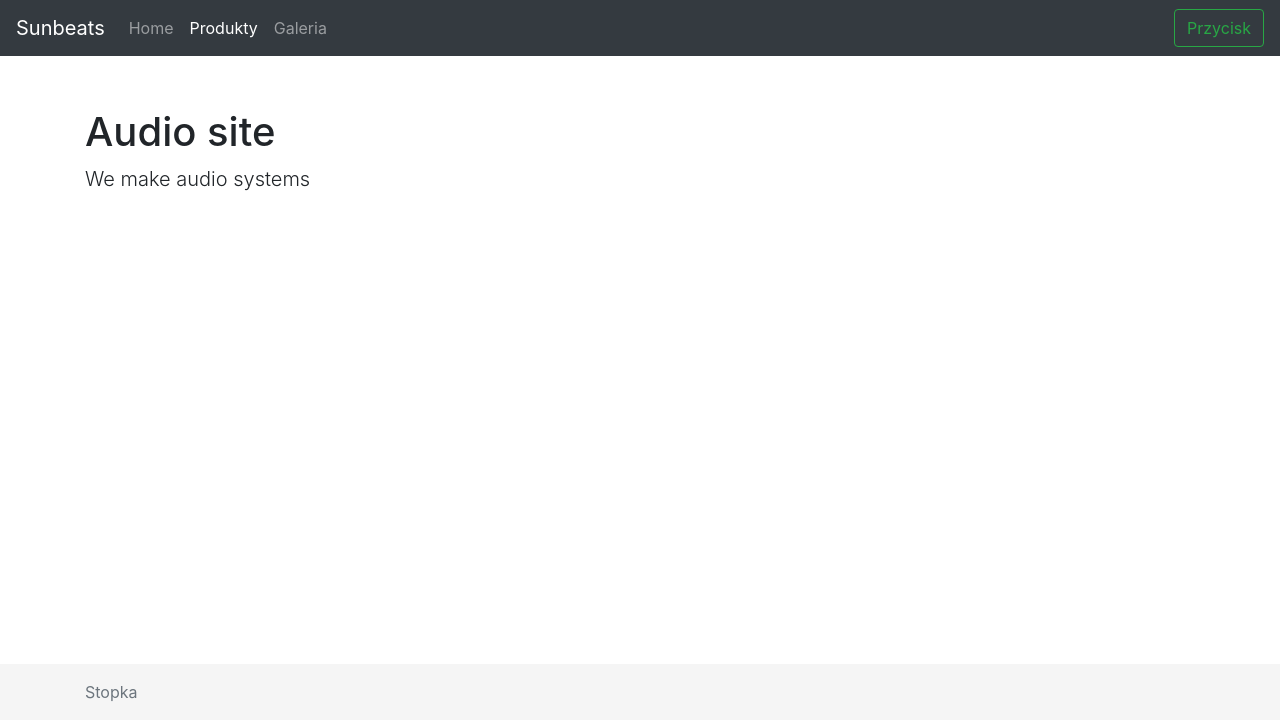
Repository: Audio-site/sunbeats
Page: products.html
The author's editor kept a copy of each file at every save. The page is drawn from the files as they stood at one save, then again after the next save.
The browser window is 1280 px wide. The pictures show the whole page.

Above is the page before, as saved 2020-08-25 00:24:19.

After the next save:
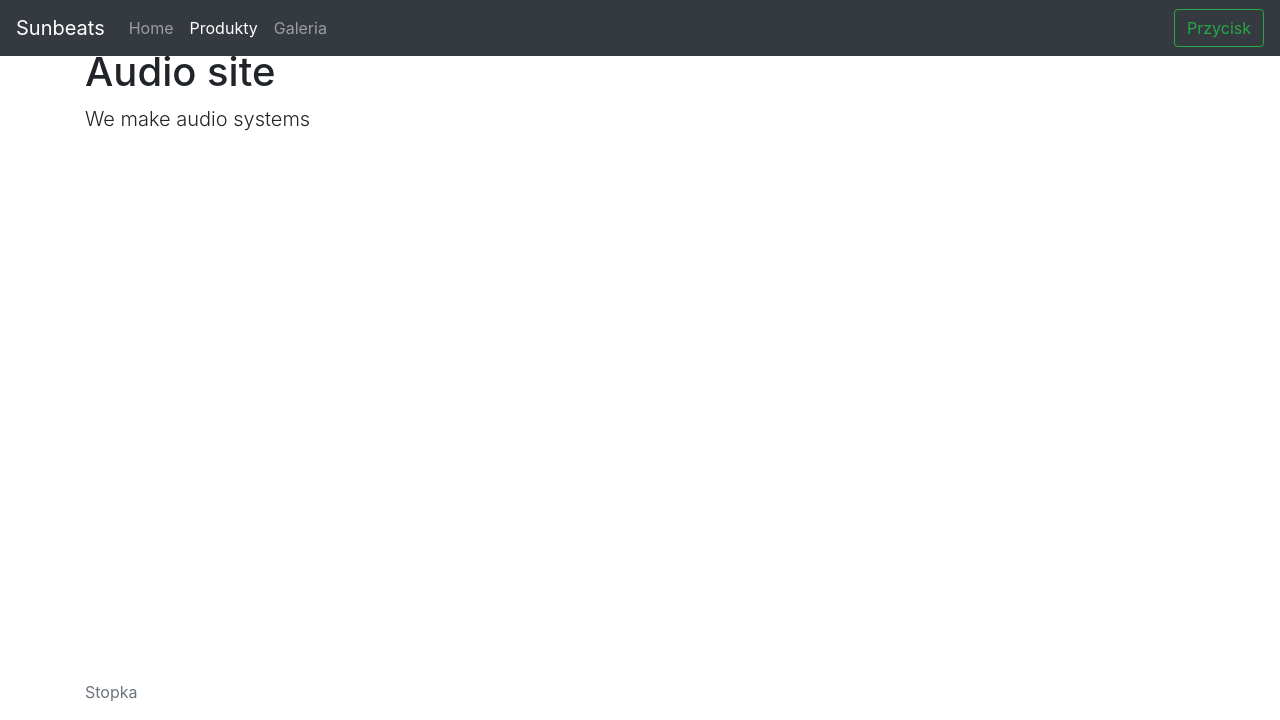
Saved 18 s later.
--- a/products.html
+++ b/products.html
@@ -30,7 +30,6 @@
       }
     </style>
     <!-- Custom styles for this template -->
-    <link href="../assets/css/sticky-footer-navbar.css" rel="stylesheet">
   </head>
   <body class="d-flex flex-column h-100">
     <header>
